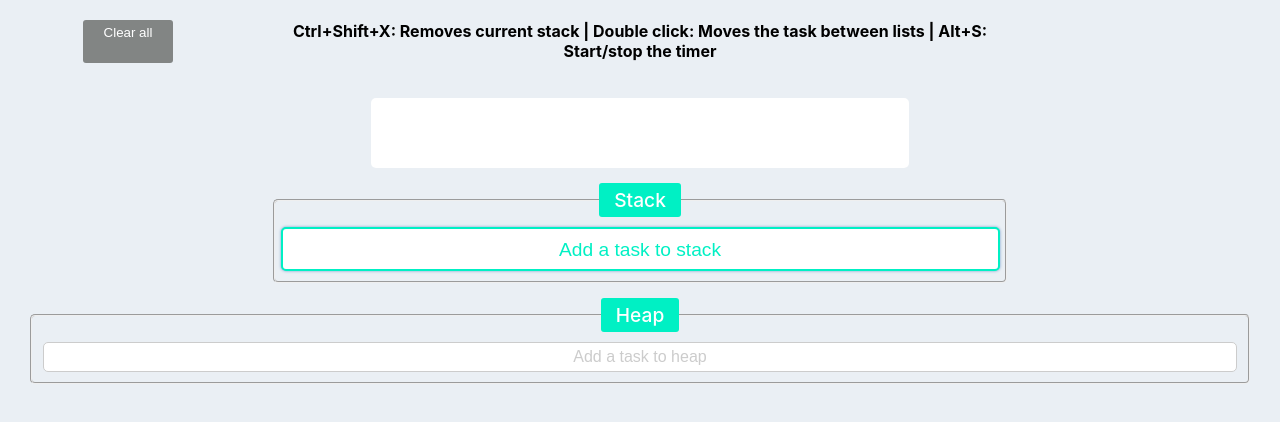
Repository: litalsh/meeting_v1
Page: /
An editor plug-in stored every save of this project. The page is shown before and after the next save, followed by the edit.
The browser window is 1280 px wide. The pictures show the whole page.
The project was rebuilt for these pictures with package versions that can differ from the ones it lists, and the page was loaded fresh each time. Also part of the build but not shown: src/Task.js.

Above is the page before, as saved 2020-12-13 19:20:18.

### public/index.html
<!DOCTYPE html>
<html lang="en">
  <head>
    <meta charset="utf-8" />
    <meta name="viewport" content="width=device-width, initial-scale=1" />
    <meta name="theme-color" content="#000000" />
    <meta
      name="description"
      content="Web site created using create-react-app"
    />
    <link rel="apple-touch-icon" href="%PUBLIC_URL%/logo192.png" />
    <!--
      manifest.json provides metadata used when your web app is installed on a
      user's mobile device or desktop. See https://developers.google.com/web/fundamentals/web-app-manifest/
    -->
    <link rel="manifest" href="%PUBLIC_URL%/manifest.json" />
    <!--
      Notice the use of %PUBLIC_URL% in the tags above.
      It will be replaced with the URL of the `public` folder during the build.
      Only files inside the `public` folder can be referenced from the HTML.

      Unlike "/favicon.ico" or "favicon.ico", "%PUBLIC_URL%/favicon.ico" will
      work correctly both with client-side routing and a non-root public URL.
      Learn how to configure a non-root public URL by running `npm run build`.
    -->
    <title>Meeting Managment App</title>
  </head>
  <body>
    <noscript>You need to enable JavaScript to run this app.</noscript>
    <div id="root"></div>
    <!--
      This HTML file is a template.
      If you open it directly in the browser, you will see an empty page.

      You can add webfonts, meta tags, or analytics to this file.
      The build step will place the bundled scripts into the <body> tag.

      To begin the development, run `npm start` or `yarn start`.
      To create a production bundle, use `npm run build` or `yarn build`.
    -->
  </body>
</html>

### src/App.js
import React, { useState, useEffect } from "react";
import "./App.css";
import { v4 as uuidv4 } from "uuid";
import Task from "./Task";
import useLocalStorage from './useLocalStorage';

const App = () => {
  const [stack, setStack] = useLocalStorage('stack', []);
  const [heap, setHeap] = useLocalStorage('heap', []);
  const [timer, setTimer] = useState(stack[0] !== undefined ? stack[stack.length - 1].duration * 60 : 0);
  const [isRunning, setIsRunning] = useState(false);

  const newTaskHandler = (event) => {
    if (event.which === 13 && event.target.value !== '') {
      setStack([
        ...stack,
        { id: uuidv4(), type: 'stack', topic: event.target.value, duration: 5 , isDone: false }
      ]);
      event.target.value = '';
    };
  };

  const newHeapHandler = (event) => {
    if (event.which === 13 && event.target.value !== '') {
      setHeap([
        ...heap,
        { id: uuidv4(), type: 'heap', topic: event.target.value, duration: 5, isDone: false }
      ]);
      event.target.value = '';
    };
  };

  const taskRemoveHandler = (id, type) => {
    if(type === 'stack'){
    const taskIndex = stack.findIndex(task => {
      return task.id === id;
    });

    let tempList = [...stack];
    tempList.splice(tempList[taskIndex], 1);
    setStack(tempList);
    if(taskIndex === stack.length - 1 ){
      setIsRunning(false);
      setTimer(stack[stack.length - 1].duration * 60);
    }
  };
    if(type === 'heap'){
      const taskIndex = heap.findIndex(task => {
        return task.id === id;
      });

      let tempList = [...heap];
      tempList.splice(tempList[taskIndex], 1);
      setHeap(tempList)
    };
    return console.log('taskRmoveHandler: ', stack);

  }

  const keyboardRemoveHandler = (e) => {

    if (e.ctrlKey && e.shiftKey && e.which === 88) {
      let tempStack = [...stack];
      tempStack.splice(tempStack.length - 1, 1);
      setStack(tempStack);
      setIsRunning(false);
      setTimer(stack[stack.length - 1].duration * 60);
    }
  }

  const keyboardStartTimerHandler = (e) => {
    if (e.altKey && e.which === 83) {
      !isRunning ? setIsRunning(true) : setIsRunning(false) ;
    }
  }

  useEffect(() => {
    if (document){
      document.addEventListener('keydown', keyboardRemoveHandler);
    }
    return () => {
      document.removeEventListener('keydown', keyboardRemoveHandler);
    }
  }, [stack]);

  useEffect(() => {
    if (document){
      document.addEventListener('keydown', keyboardStartTimerHandler);
      if(isRunning) {
        const id = window.setInterval(() => {
          setTimer(timer => timer-1);
        }, 1000);
        return () => window.clearInterval(id);
      }
    }
    return () => {
      document.removeEventListener('keydown', keyboardStartTimerHandler);
    }
  }, [isRunning])

  // const keyboardCangeListHandler = (e, id, type) => {

  //   if (e.ctrlKey && e.which === 77) {
  //     changeListHandler(id, type);
  //   }
  // }

  const changeListHandler = (id, type) => {
    // move task from stack to heap
    if (type === 'stack') {
      const taskIndex = stack.findIndex(task => {
        return task.id === id;
      });
      setHeap([...heap, { id: stack[taskIndex].id, type: 'heap', topic: stack[taskIndex].topic, duration: stack[taskIndex].duration, isDone: false }]);

      let tempStack = [...stack];
      tempStack.splice(taskIndex, 1);
      setStack(tempStack);
      console.log('change to heap ', stack, '  ', heap)
    };

    // move task from heap to stack
    if (type === 'heap') {
      const taskIndex = heap.findIndex(task => {
        return task.id === id;
      });
      setStack([...stack, { id: heap[taskIndex].id, type: 'stack', topic: heap[taskIndex].topic, duration: heap[taskIndex].duration, isDone: false }]);

      let tempHeap = [...heap];
      tempHeap.splice(taskIndex, 1);
      setHeap(tempHeap);
      console.log('change to stack ', stack, '  ', heap)
    };
  }

  const clearListsHandler = () => {
    setHeap([]);
    setStack([]);
  }

  return (
    <div className="container">
      <button className='clear-btn' onClick={() => clearListsHandler()}>Clear all</button>
      <h4>Ctrl+Shift+X: Removes current stack  |  Double click: Moves the task between lists  |  Alt+S: Start/stop the timer</h4>
      <div className="current-task">
       {stack[0] !== undefined ?  <span>{Math.floor(timer / 60)}:{Math.abs(timer % 60)}</span> : null}
        <h1>{stack[0] !== undefined ? stack[stack.length - 1].topic : null}</h1>
      </div>
      <fieldset className="task-list stack-list">
      <legend>Stack</legend>
        <ul>
          <>
            {console.log('1', stack)}
            {stack[0] !== undefined ? stack.map((task, id) => (
              <Task title={task.topic}
                key={id}
                remove={() => taskRemoveHandler(task.id, task.type)}
                move={() => changeListHandler(task.id, task.type)}
                class={"stack_item"}
                 />
            )) : null}
          </>
        </ul>
        <input type="text" placeholder="Add a task to stack" onKeyDown={newTaskHandler} className='stack-input'  autoFocus aria-flowto='heap-input' />
      </fieldset>

      <fieldset className="task-list heap-list">
        <legend>Heap</legend>
        <input type="text" placeholder="Add a task to heap" onKeyDown={newHeapHandler} className='heap-input'  aria-flowto='stack-input' />
        <ul className="heap-list">
          <>
            {console.log('2', heap)}
            {heap[0] !== undefined ? heap.map((task, id) => (
              <Task title={task.topic}
                key={id}
                remove={() => taskRemoveHandler(task.id, task.type)}
                move={() => changeListHandler(task.id, task.type)}
                class={"heap_item"}/>
            )) : null}
          </>
        </ul>
      </fieldset>
    </div>
  );
};

export default App;

### src/App.css
body{
 background-color:  #eaeff4;
}

h4 {
  text-align: center;
  grid-column: 2/5;
}

.container {
  display: grid;
  grid-template-columns: 20% 20% 20% 20% 20%;
}

.current-task {
  text-align: center;
  height: 70px;
  grid-column: 2/5;
  width: 70%;
  background: #fff;
  margin: 15px auto;
  border-radius: 5px;
  display: flex;
  align-items: center;
  flex-direction: column;
  justify-content: center;
}

.task-list {
  display: flex;
  flex-direction: column;
  align-self: start;
  border-radius: 5px;
  min-height: 4rem;
  padding: 5px 0;
  width: 95%;
  margin: 0 auto;
 }

 .stack-list {
   display: flex;
   flex-direction: column-reverse;
   grid-column: 2/5;
 }

 .heap-list {
  display: flex;
  flex-direction: row;
  flex-flow: wrap;
  justify-content: space-evenly;
  grid-column: 1/6;
  margin-top: 15px;
 }

 legend {
  margin: 0 auto;
  font-size: 1.2rem;
  font-weight: 500;
  background-color: #00f0c4;
  padding: 5px 15px;
  color: #fff;
  border-radius: 3px;
 }

ul {
  list-style-type: none;
  margin: 0;
  padding: 0;
}

li {
  border: 1px solid AliceBlue;
  width: 70%;
  line-height: 40px;
  margin: -1px auto;
  position: relative;
  background-color: #fff;
  cursor: pointer;
}

.stack_item {
  width: 98%;
  line-height: 40px;
  margin: 3px auto;
  position: relative;
  text-align: center;
  border-radius: 5px;
}

.heap_item {
  width: 20%;
  line-height: 1.8em;
  margin: 3px auto;
  position: relative;
  text-align: center;
  border-radius: 5px;
  font-size: 1rem;
}

.stack-input {
  border: 2px solid #00f0c4;
  width: 98%;
  line-height: 40px;
  margin: 5px auto;
  position: relative;
  text-align: center;
  border-radius: 5px;
  font-size: 1.3rem;
  padding: 0;
}

.heap-input {
  border: 1px solid #ccc;
  width: 98%;
  line-height: 1.8em;
  margin: 5px auto;
  position: relative;
  text-align: center;
  border-radius: 5px;
  font-size: 1rem;
  padding: 0;
}

.stack-input::placeholder{
  color: #00f0c4;
  font-size: 1.2rem;
}

.heap-input::placeholder{
  color: #ccc;
  font-size: 1rem;
}

.stack-input:focus {
  outline: none !important;
  border: 2px solid #00f0c4;
  box-shadow: 0 0 3px #719ECE;
}

.remove {
  width: 1.5vw;
  height: 1.5vw;
  position: absolute;
  top: 50%;
  right: 10px;
  transform: translateY(-50%);
  border-radius: 50%;
  border: none;
  font-weight: bold;
  color: gray;
  cursor: pointer;
  font-size: 0.8rem;
}

.clear-btn {
  display: flex;
  grid-column: 1/2;
  width: 35%;
  margin: 20px auto;
  justify-content: center;
  border: none;
  background-color: #828584;
  padding: 5px 15px;
  color: #fff;
  border-radius: 3px;
}

### src/useLocalStorage.js
import React, { useState, useEffect } from "react";

const PREFIX = 'meeting-manament-';


const useLocalStorage = (key, initialValue) => {
  const prefixedKey = PREFIX + key
  const [value, setValue] = useState(() => {
    const jsonValue = localStorage.getItem(prefixedKey)
    if (jsonValue != null) return JSON.parse(jsonValue)
    if (typeof initialValue === 'function') {
      return initialValue()
    } else {
      return initialValue
    }
  })

  useEffect(() => {
    localStorage.setItem(prefixedKey, JSON.stringify(value))
  }, [prefixedKey, value])

  return [value, setValue]
}


export default useLocalStorage;

Loaded but not shown: src/index.js (common file); src/index.css (common file); src/reportWebVitals.js (common file)

After the next save:
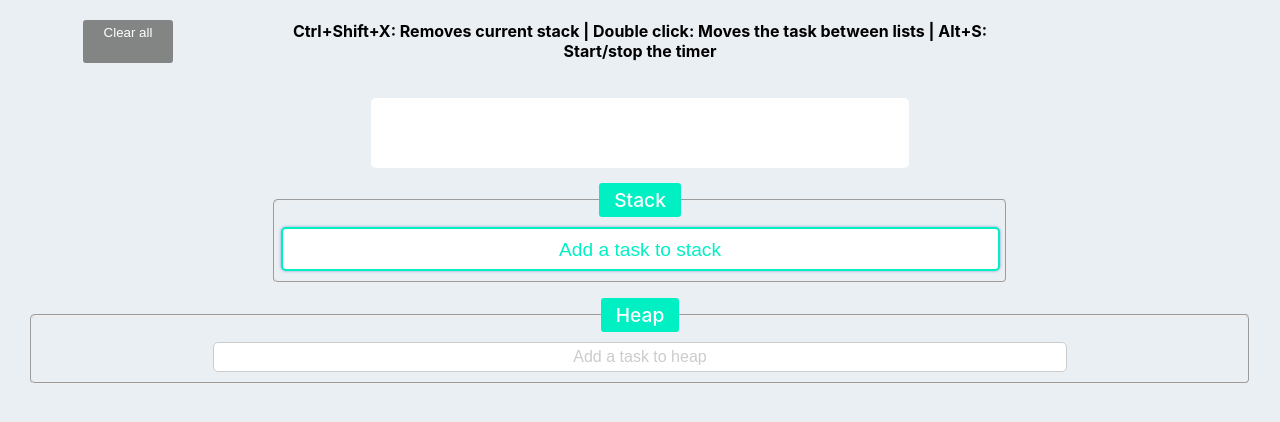
Saved 21 s later.
--- a/src/App.css
+++ b/src/App.css
@@ -111,7 +111,7 @@ li {
 
 .heap-input {
   border: 1px solid #ccc;
-  width: 98%;
+  width: 70%;
   line-height: 1.8em;
   margin: 5px auto;
   position: relative;
